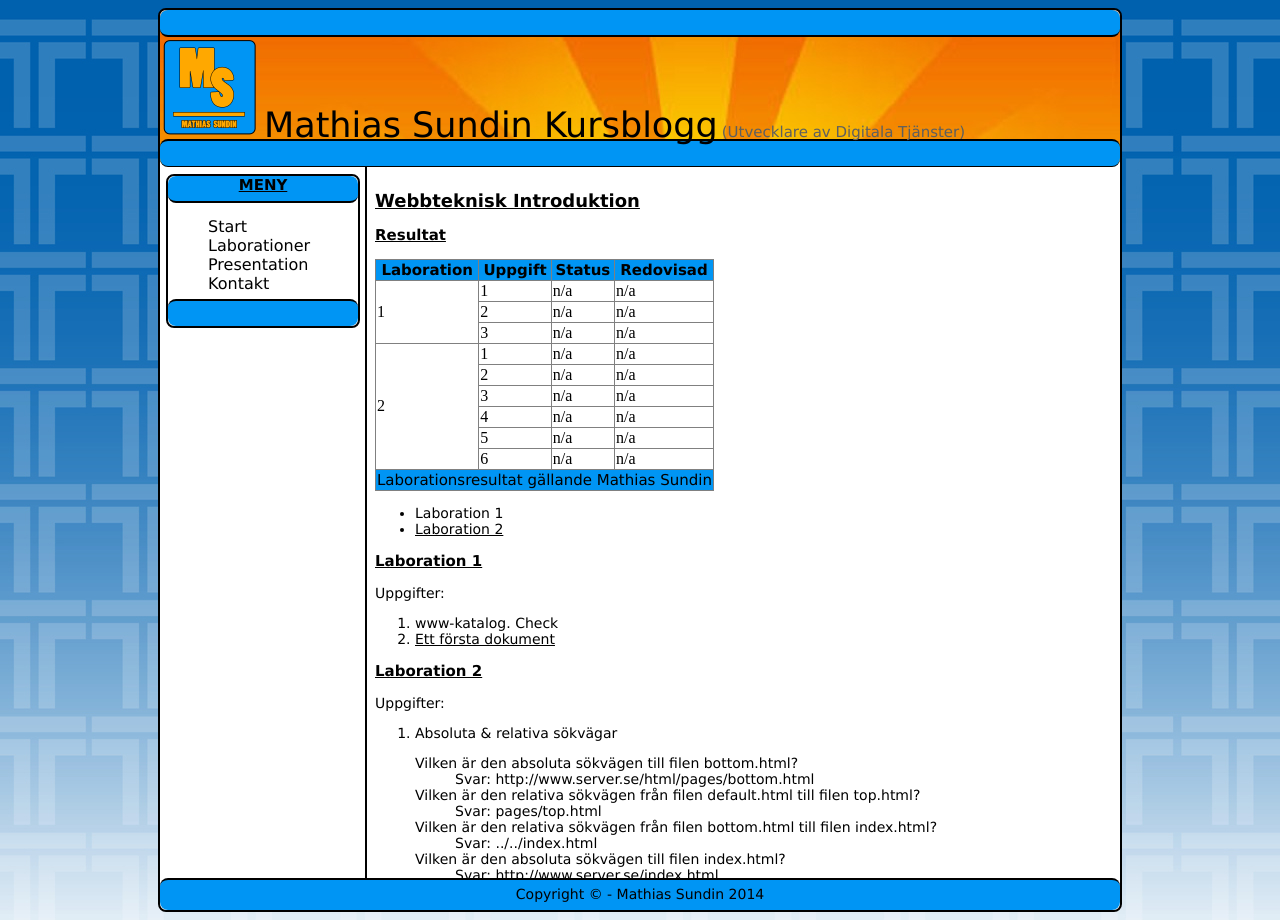
Repository: ms223uh/1ik415-laborationer
Page: www/pages/laborationer.html
The author's editor kept a record of every edit. The page is drawn from the files as they stood at one moment, then again after the next edit.
The browser window is 1280 px wide. The pictures show the whole page.
An inner scrolling area shows only its first screen.

Above is the page before.

After the next edit:
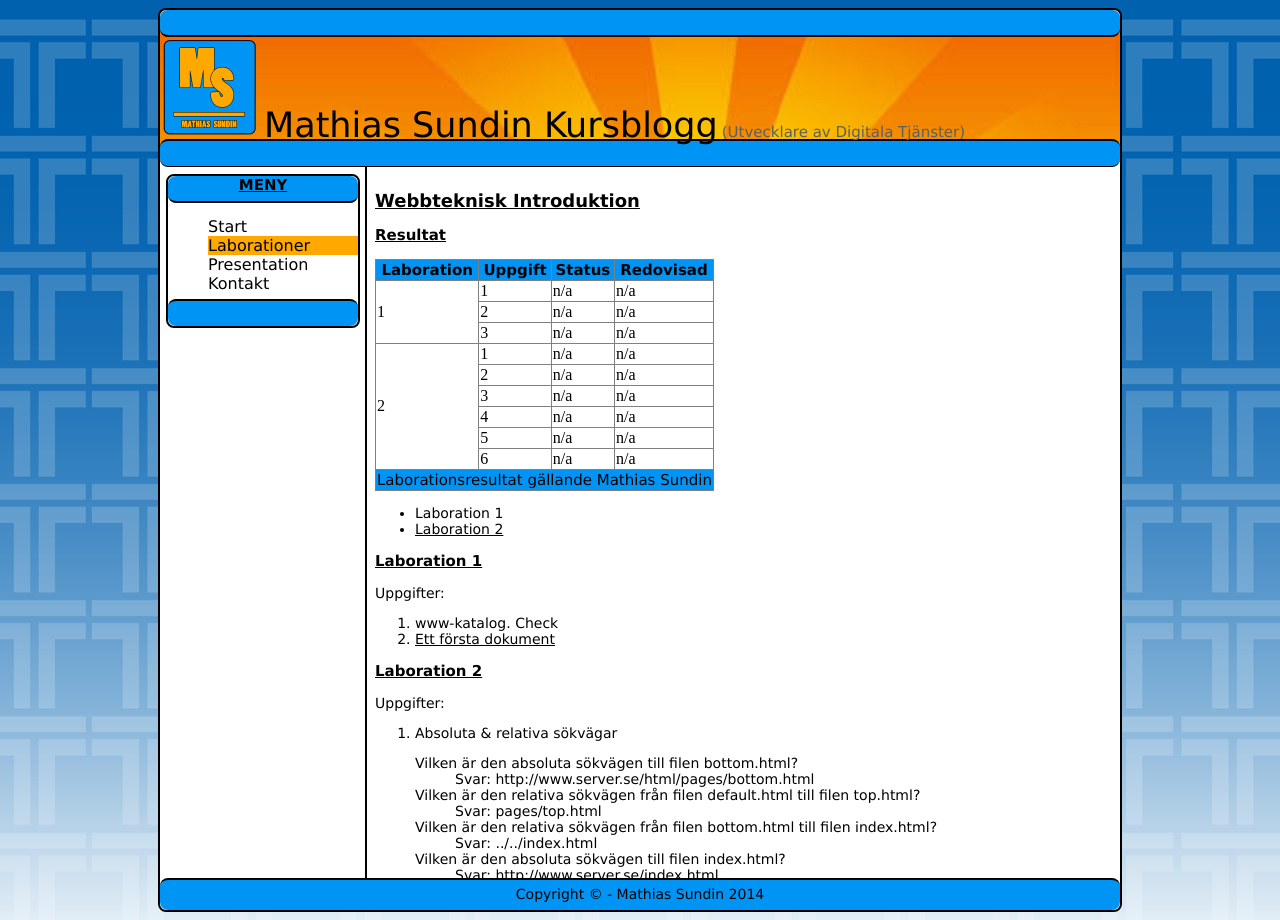
The edit:
--- a/www/pages/laborationer.html
+++ b/www/pages/laborationer.html
@@ -36,7 +36,7 @@
 <div id="head3"><h3>MENY</h3></div>
         <ul id="menyli">
             <li><a href="../index.html">Start</a></li>
-            <li><a href="laborationer.html">Laborationer</a></li>
+            <li class="active"><a href="laborationer.html">Laborationer</a></li>
             <li><a href="presentation.html">Presentation</a></li>
             <li><a href="kontakt.html">Kontakt</a></li>
 
